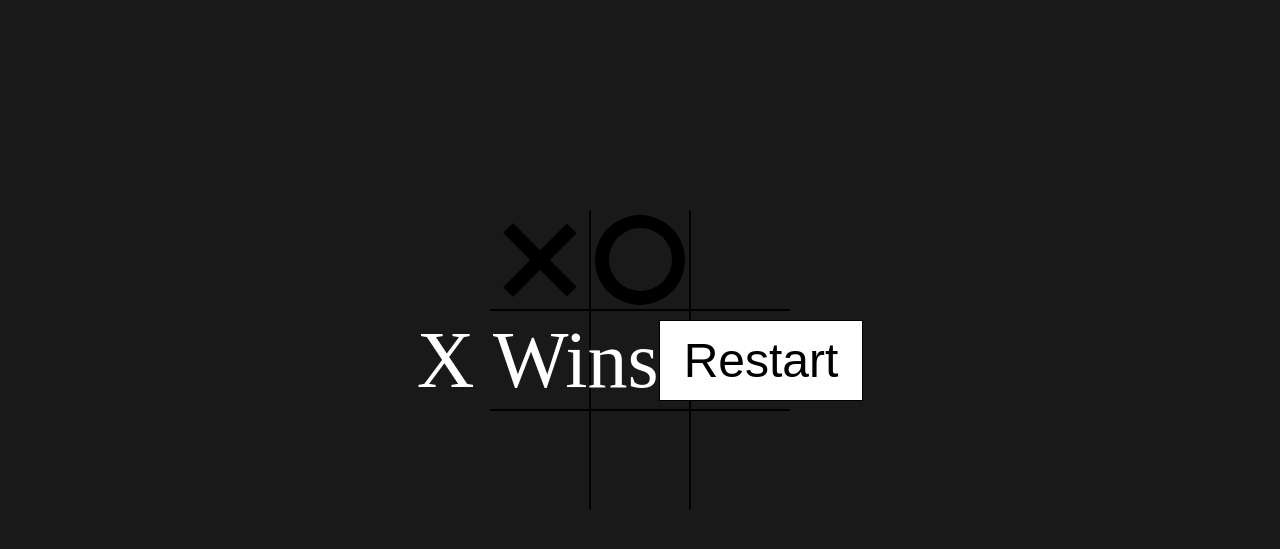
Repository: kate30980/pratice-tictactoe
Page: index.html
These files come from the project's save history. The page is drawn as it stood at one moment and after the next save; the edit follows.
The browser window is 1280 px wide. The pictures show the whole page.

Above is the page before, as saved 2021-08-05 22:36:10.
Not found: script.js

### index.html
<!DOCTYPE html>
<html lang="en">
<head>
    <meta charset="UTF-8">
    <meta http-equiv="X-UA-Compatible" content="IE=edge">
    <meta name="viewport" content="width=device-width, initial-scale=1.0">
    <link rel="stylesheet" href="styles.css">
    <script src="script.js" defer></script>
    <title>Tic Tac Toe</title>
</head>
<body>
    <div class="board circle" id="board">
        <div class="cell x" data-cell></div>
        <div class="cell circle" data-cell></div>
        <div class="cell" data-cell></div>
        <div class="cell" data-cell></div>
        <div class="cell" data-cell></div>
        <div class="cell" data-cell></div>
        <div class="cell" data-cell></div>
        <div class="cell" data-cell></div>
        <div class="cell" data-cell></div>
    </div>
    <div class="winning-message">
        <div data-wining-message-text>X Wins</div>
        <button id="restartButton">Restart</button>
    </div>
</body>
</html>

### styles.css
*,
*::after,
*::before {
  box-sizing: border-box;
}
:root {
  --cell-size: 100px;
  --mark-size: calc(var(--cell-size) * 0.9);
  /* do this because we want this mark size to be 90% of the cell size */
}
body {
  margin: 0;
}
.board {
  width: 100vw;
  height: 100vh;
  display: grid;
  justify-content: center;
  align-content: center;
  justify-items: center;
  align-items: center;
  grid-template-columns: repeat(3, auto);
}
.cell {
  width: var(--cell-size);
  height: var(--cell-size);
  border: 1px solid black;
  display: flex;
  justify-content: center;
  align-items: center;
  position: relative;
  cursor: pointer;
}
.cell:first-child,
.cell:nth-child(2),
.cell:nth-child(3) {
  border-top: none;
}

.cell:nth-child(3n + 1) {
  border-left: none;
}
.cell:nth-child(3n + 3) {
  border-right: none;
}
.cell:last-child,
.cell:nth-child(8),
.cell:nth-child(7) {
  border-bottom: none;
}
.cell.x,
.cell.circle {
  cursor: not-allowed;
}

.cell.x::before,
.cell.x::after,
.cell.circle::before {
  background-color: black;
}

.board.x .cell:not(.x):not(.circle):hover::before,
.board.x .cell:not(.x):not(.circle):hover::after,
.board.circle .cell:not(.x):not(.circle):hover::before {
  background-color: lightgrey;
}

.cell.x::before,
.cell.x::after,
.board.x .cell:not(.x):not(.circle):hover::before,
.board.x .cell:not(.x):not(.circle):hover::after {
  content: "";
  position: absolute;
  width: calc(var(--mark-size) * 0.15);
  height: var(--mark-size);
  /* background-color: black; */
}
.cell.x::before,
.board.x .cell:not(.x):not(.circle):hover::before {
  transform: rotate(45deg);
}
.cell.x::after,
.board.x .cell:not(.x):not(.circle):hover::after {
  transform: rotate(-45deg);
}

.cell.circle::before,
.cell.circle::after,
.board.circle .cell:not(.x):not(.circle):hover::before,
.board.circle .cell:not(.x):not(.circle):hover::after {
  content: "";
  position: absolute;
  border-radius: 50%;
}
.cell.circle::before,
.board.circle .cell:not(.x):not(.circle):hover::before {
  width: var(--mark-size);
  height: var(--mark-size);
  /* background-color: black; */
}
.cell.circle::after,
.board.circle .cell:not(.x):not(.circle):hover::after {
  width: calc(var(--mark-size) * 0.7);
  height: calc(var(--mark-size) * 0.7);
  background-color: white;
}

.winning-message {
  position: fixed;
  top: 0;
  left: 0;
  right: 0;
  bottom: 0;
  background-color: rgba(0, 0, 0, 0.9);
  display: flex;
  justify-content: center;
  align-items: center;
  color: white;
  font-size: 5rem;
  flex-direction: columns;
}
.winning-message button {
  font-size: 3rem;
  background-color: white;
  border: 1px solid black;
  padding: 0.25em 0.5em;
  cursor: pointer;
}
.winning-message button:hover {
  background-color: black;
  color: white;
  border-color: white;
}

After the next save:
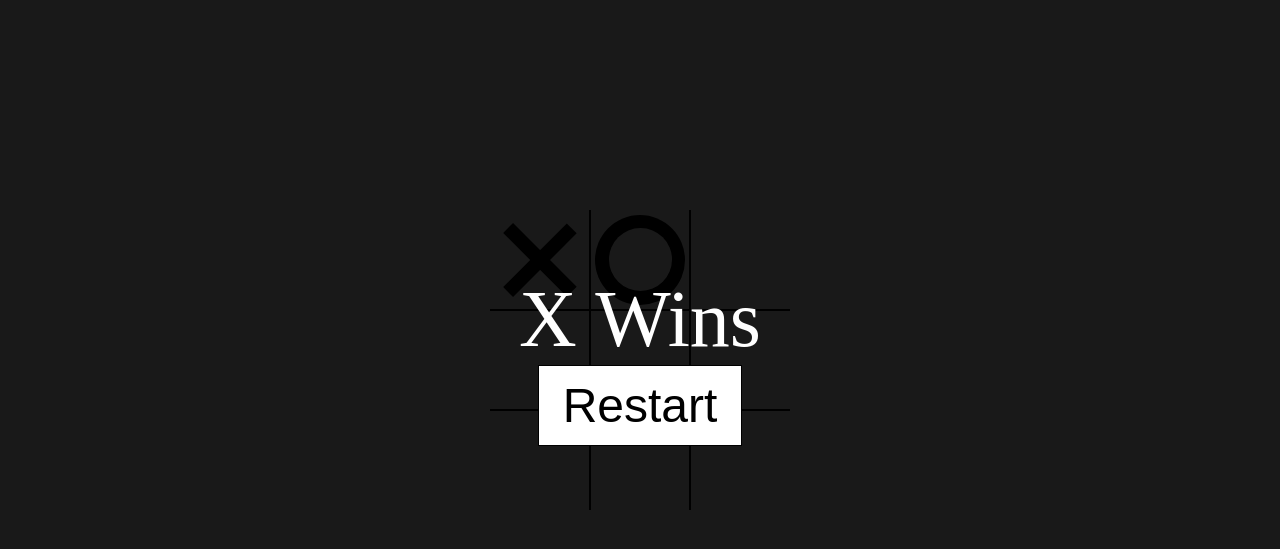
Saved 6 s later.
--- a/styles.css
+++ b/styles.css
@@ -117,7 +117,7 @@ body {
   align-items: center;
   color: white;
   font-size: 5rem;
-  flex-direction: columns;
+  flex-direction: column;
 }
 .winning-message button {
   font-size: 3rem;
